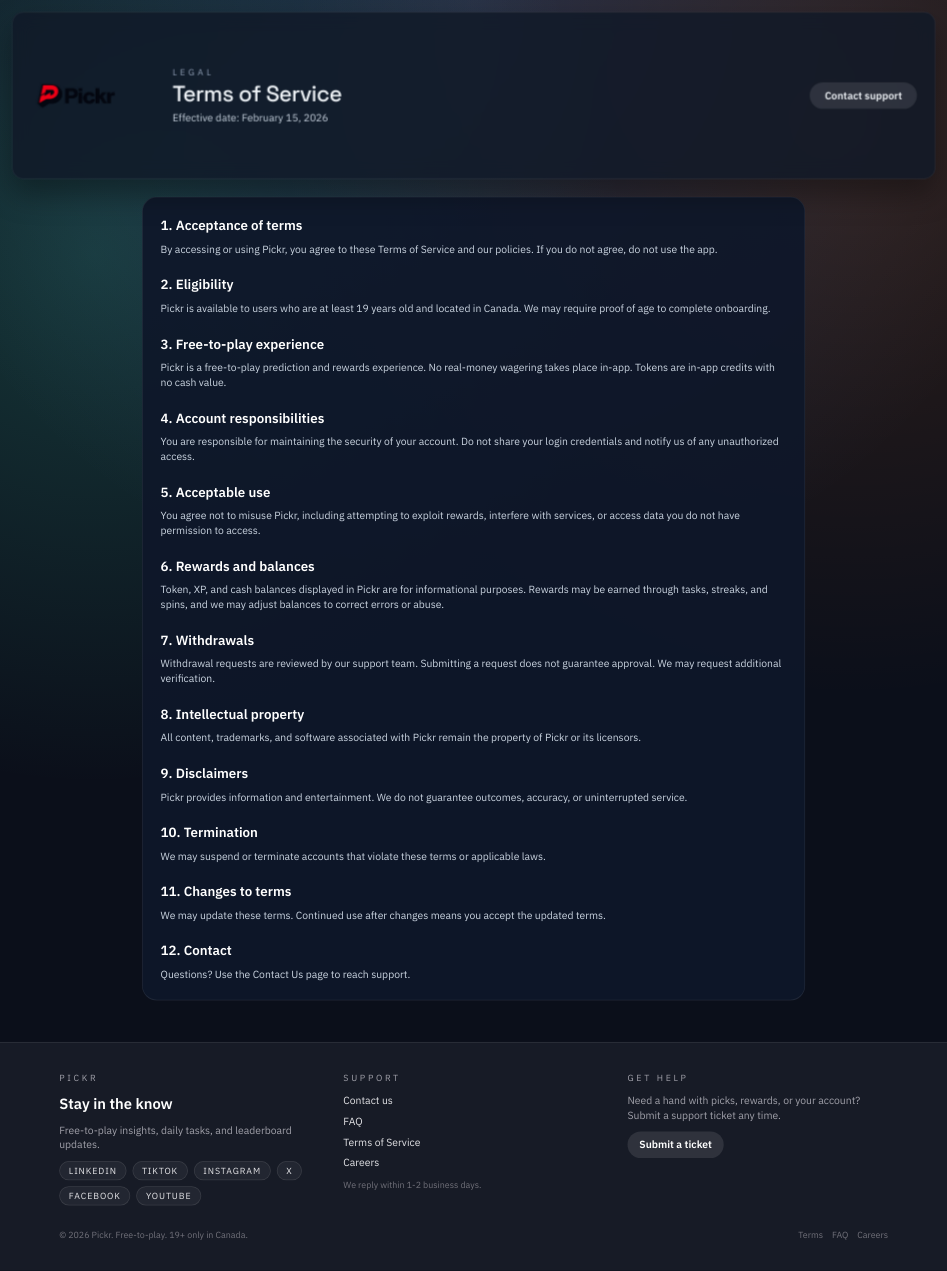
Repository: prav2004/therealdeal
Page: public/terms.html
These files come from the project's save history. The page is drawn as it stood at one moment and after the next save; the edit follows.
The browser window is 1280 px wide. The pictures show the whole page, at 74% of full size.
Some web libraries are served in a nearby version.

Above is the page before, as saved 2026-02-18 20:44:03.

### public/terms.html
<!DOCTYPE html>
<html lang="en">
  <head>
    <meta charset="UTF-8" />
    <meta name="viewport" content="width=device-width, initial-scale=1.0, viewport-fit=cover" />
    <title>Terms of Service – Pickr</title>
    <link rel="icon" type="image/png" sizes="16x16" href="tablogo.png" />
    <link rel="icon" type="image/png" sizes="32x32" href="tablogo.png" />
    <link rel="icon" type="image/png" sizes="48x48" href="tablogo.png" />
    <link rel="icon" type="image/png" sizes="192x192" href="tablogo.png" />
    <link rel="apple-touch-icon" sizes="180x180" href="tablogo.png" />
    <script src="https://cdn.tailwindcss.com"></script>
    <link rel="preconnect" href="https://fonts.googleapis.com">
    <link rel="preconnect" href="https://fonts.gstatic.com" crossorigin>
    <link href="https://fonts.googleapis.com/css2?family=IBM+Plex+Sans:wght@400;500;600&family=Space+Grotesk:wght@500;600;700&display=swap" rel="stylesheet">
    <style>
      :root {
        --ink: #0b0f1a;
        --ember: #ff7a1a;
        --mint: #40d9b5;
        --sky: #7aa7ff;
        --card: rgba(17, 25, 40, 0.82);
      }
      body {
        font-family: 'IBM Plex Sans', sans-serif;
        background: radial-gradient(circle at top, rgba(122, 167, 255, 0.18), transparent 45%),
          radial-gradient(circle at 10% 20%, rgba(64, 217, 181, 0.2), transparent 40%),
          radial-gradient(circle at 90% 10%, rgba(255, 122, 26, 0.15), transparent 40%),
          var(--ink);
        color: #e5e7eb;
      }
      .hero-title { font-family: 'Space Grotesk', sans-serif; letter-spacing: -0.02em; }
      .glass {
        background: var(--card);
        border: 1px solid rgba(255, 255, 255, 0.08);
        box-shadow: 0 20px 40px rgba(0, 0, 0, 0.35);
        backdrop-filter: blur(12px);
      }
      .panel {
        background: rgba(15, 23, 42, 0.92);
        border: 1px solid rgba(255, 255, 255, 0.08);
        border-radius: 1.25rem;
      }
    </style>
  </head>
  <body class="flex flex-col min-h-screen">
    <header class="glass mx-4 mt-4 rounded-2xl p-4 md:p-6 flex flex-col gap-4 sm:flex-row sm:items-center sm:justify-between">
      <div class="flex items-center gap-4">
        <img src="logo.png" alt="Pickr logo" class="h-[9rem] w-[9rem] sm:h-[11rem] sm:w-[11rem] object-contain" />
        <div class="space-y-1">
          <div class="text-xs uppercase tracking-[0.35em] text-slate-400">Legal</div>
          <h1 class="hero-title text-2xl sm:text-3xl text-slate-100">Terms of Service</h1>
          <p class="text-sm text-slate-300">Effective date: February 15, 2026</p>
        </div>
      </div>
      <a href="contact.html" class="inline-flex items-center justify-center rounded-full bg-white/10 px-5 py-2 text-sm font-semibold text-slate-100 hover:bg-white/20">Contact support</a>
    </header>

    <main class="flex-1 px-4 pt-6">
      <section class="panel p-6 max-w-4xl mx-auto space-y-6 text-sm text-slate-300">
        <div>
          <h2 class="text-lg font-semibold text-white">1. Acceptance of terms</h2>
          <p class="mt-2">By accessing or using Pickr, you agree to these Terms of Service and our policies. If you do not agree, do not use the app.</p>
        </div>
        <div>
          <h2 class="text-lg font-semibold text-white">2. Eligibility</h2>
          <p class="mt-2">Pickr is available to users who are at least 19 years old and located in Canada. We may require proof of age to complete onboarding.</p>
        </div>
        <div>
          <h2 class="text-lg font-semibold text-white">3. Free-to-play experience</h2>
          <p class="mt-2">Pickr is a free-to-play prediction and rewards experience. No real-money wagering takes place in-app. Tokens are in-app credits with no cash value.</p>
        </div>
        <div>
          <h2 class="text-lg font-semibold text-white">4. Account responsibilities</h2>
          <p class="mt-2">You are responsible for maintaining the security of your account. Do not share your login credentials and notify us of any unauthorized access.</p>
        </div>
        <div>
          <h2 class="text-lg font-semibold text-white">5. Acceptable use</h2>
          <p class="mt-2">You agree not to misuse Pickr, including attempting to exploit rewards, interfere with services, or access data you do not have permission to access.</p>
        </div>
        <div>
          <h2 class="text-lg font-semibold text-white">6. Rewards and balances</h2>
          <p class="mt-2">Token, XP, and cash balances displayed in Pickr are for informational purposes. Rewards may be earned through tasks, streaks, and spins, and we may adjust balances to correct errors or abuse.</p>
        </div>
        <div>
          <h2 class="text-lg font-semibold text-white">7. Withdrawals</h2>
          <p class="mt-2">Withdrawal requests are reviewed by our support team. Submitting a request does not guarantee approval. We may request additional verification.</p>
        </div>
        <div>
          <h2 class="text-lg font-semibold text-white">8. Intellectual property</h2>
          <p class="mt-2">All content, trademarks, and software associated with Pickr remain the property of Pickr or its licensors.</p>
        </div>
        <div>
          <h2 class="text-lg font-semibold text-white">9. Disclaimers</h2>
          <p class="mt-2">Pickr provides information and entertainment. We do not guarantee outcomes, accuracy, or uninterrupted service.</p>
        </div>
        <div>
          <h2 class="text-lg font-semibold text-white">10. Termination</h2>
          <p class="mt-2">We may suspend or terminate accounts that violate these terms or applicable laws.</p>
        </div>
        <div>
          <h2 class="text-lg font-semibold text-white">11. Changes to terms</h2>
          <p class="mt-2">We may update these terms. Continued use after changes means you accept the updated terms.</p>
        </div>
        <div>
          <h2 class="text-lg font-semibold text-white">12. Contact</h2>
          <p class="mt-2">Questions? Use the Contact Us page to reach support.</p>
        </div>
      </section>
    </main>

    <footer class="mt-14 border-t border-white/10 bg-white/5">
      <div class="mx-auto w-full max-w-6xl px-4 py-10">
        <div class="grid gap-8 md:grid-cols-3">
          <div class="space-y-3">
            <div class="text-xs uppercase tracking-[0.3em] text-zinc-400">Pickr</div>
            <div class="text-xl font-semibold text-white">Stay in the know</div>
            <p class="text-sm text-zinc-400">Free-to-play insights, daily tasks, and leaderboard updates.</p>
            <div class="flex flex-wrap gap-2">
              <a class="rounded-full border border-white/10 bg-white/5 px-3 py-1 text-xs uppercase tracking-widest text-zinc-200 hover:border-white/30 hover:text-white" href="https://www.linkedin.com" target="_blank" rel="noopener">LinkedIn</a>
              <a class="rounded-full border border-white/10 bg-white/5 px-3 py-1 text-xs uppercase tracking-widest text-zinc-200 hover:border-white/30 hover:text-white" href="https://www.tiktok.com" target="_blank" rel="noopener">TikTok</a>
              <a class="rounded-full border border-white/10 bg-white/5 px-3 py-1 text-xs uppercase tracking-widest text-zinc-200 hover:border-white/30 hover:text-white" href="https://www.instagram.com" target="_blank" rel="noopener">Instagram</a>
              <a class="rounded-full border border-white/10 bg-white/5 px-3 py-1 text-xs uppercase tracking-widest text-zinc-200 hover:border-white/30 hover:text-white" href="https://x.com" target="_blank" rel="noopener">X</a>
              <a class="rounded-full border border-white/10 bg-white/5 px-3 py-1 text-xs uppercase tracking-widest text-zinc-200 hover:border-white/30 hover:text-white" href="https://www.facebook.com" target="_blank" rel="noopener">Facebook</a>
              <a class="rounded-full border border-white/10 bg-white/5 px-3 py-1 text-xs uppercase tracking-widest text-zinc-200 hover:border-white/30 hover:text-white" href="https://www.youtube.com" target="_blank" rel="noopener">YouTube</a>
            </div>
          </div>
          <div class="space-y-3">
            <div class="text-xs uppercase tracking-[0.3em] text-zinc-400">Support</div>
            <div class="flex flex-col gap-2 text-sm">
              <a class="text-zinc-200 hover:text-white" href="contact.html">Contact us</a>
              <a class="text-zinc-200 hover:text-white" href="faq.html">FAQ</a>
              <a class="text-zinc-200 hover:text-white" href="terms.html">Terms of Service</a>
              <a class="text-zinc-200 hover:text-white" href="careers.html">Careers</a>
            </div>
            <div class="text-xs text-zinc-500">We reply within 1-2 business days.</div>
          </div>
          <div class="space-y-3">
            <div class="text-xs uppercase tracking-[0.3em] text-zinc-400">Get help</div>
            <p class="text-sm text-zinc-400">Need a hand with picks, rewards, or your account? Submit a support ticket any time.</p>
            <a class="inline-flex items-center justify-center rounded-full bg-white/10 px-4 py-2 text-sm font-semibold text-white hover:bg-white/20" href="contact.html">Submit a ticket</a>
          </div>
        </div>
        <div class="mt-8 flex flex-col gap-2 text-xs text-zinc-500 sm:flex-row sm:items-center sm:justify-between">
          <div>© 2026 Pickr. Free-to-play. 19+ only in Canada.</div>
          <div class="flex flex-wrap gap-3">
            <a class="hover:text-zinc-200" href="terms.html">Terms</a>
            <a class="hover:text-zinc-200" href="faq.html">FAQ</a>
            <a class="hover:text-zinc-200" href="careers.html">Careers</a>
          </div>
        </div>
      </div>
    </footer>
  </body>
</html>

After the next save:
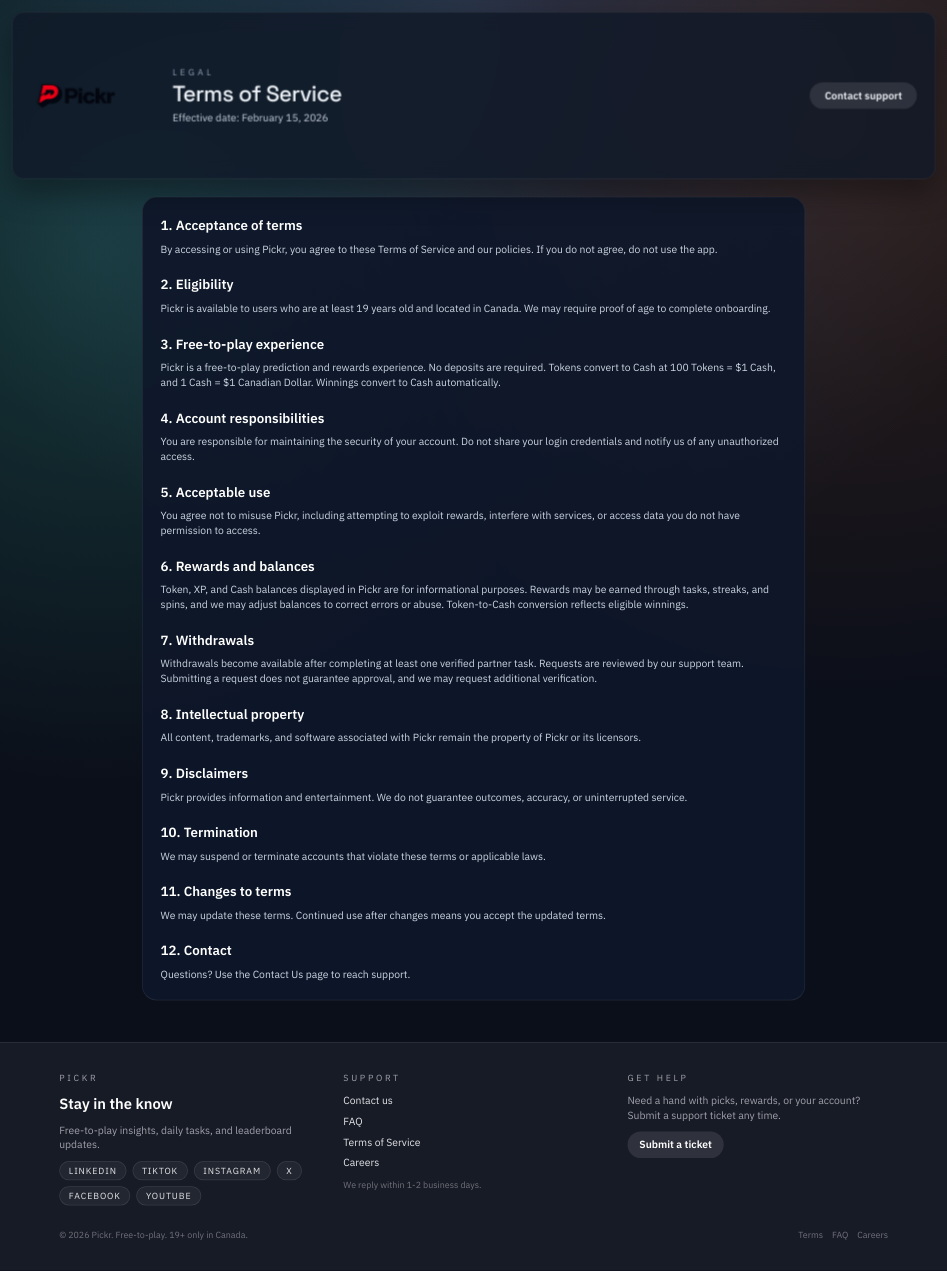
Saved 6 s later.
--- a/public/terms.html
+++ b/public/terms.html
@@ -68,7 +68,7 @@
         </div>
         <div>
           <h2 class="text-lg font-semibold text-white">3. Free-to-play experience</h2>
-          <p class="mt-2">Pickr is a free-to-play prediction and rewards experience. No real-money wagering takes place in-app. Tokens are in-app credits with no cash value.</p>
+          <p class="mt-2">Pickr is a free-to-play prediction and rewards experience. No deposits are required. Tokens convert to Cash at 100 Tokens = $1 Cash, and 1 Cash = $1 Canadian Dollar. Winnings convert to Cash automatically.</p>
         </div>
         <div>
           <h2 class="text-lg font-semibold text-white">4. Account responsibilities</h2>
@@ -80,11 +80,11 @@
         </div>
         <div>
           <h2 class="text-lg font-semibold text-white">6. Rewards and balances</h2>
-          <p class="mt-2">Token, XP, and cash balances displayed in Pickr are for informational purposes. Rewards may be earned through tasks, streaks, and spins, and we may adjust balances to correct errors or abuse.</p>
+          <p class="mt-2">Token, XP, and Cash balances displayed in Pickr are for informational purposes. Rewards may be earned through tasks, streaks, and spins, and we may adjust balances to correct errors or abuse. Token-to-Cash conversion reflects eligible winnings.</p>
         </div>
         <div>
           <h2 class="text-lg font-semibold text-white">7. Withdrawals</h2>
-          <p class="mt-2">Withdrawal requests are reviewed by our support team. Submitting a request does not guarantee approval. We may request additional verification.</p>
+          <p class="mt-2">Withdrawals become available after completing at least one verified partner task. Requests are reviewed by our support team. Submitting a request does not guarantee approval, and we may request additional verification.</p>
         </div>
         <div>
           <h2 class="text-lg font-semibold text-white">8. Intellectual property</h2>
